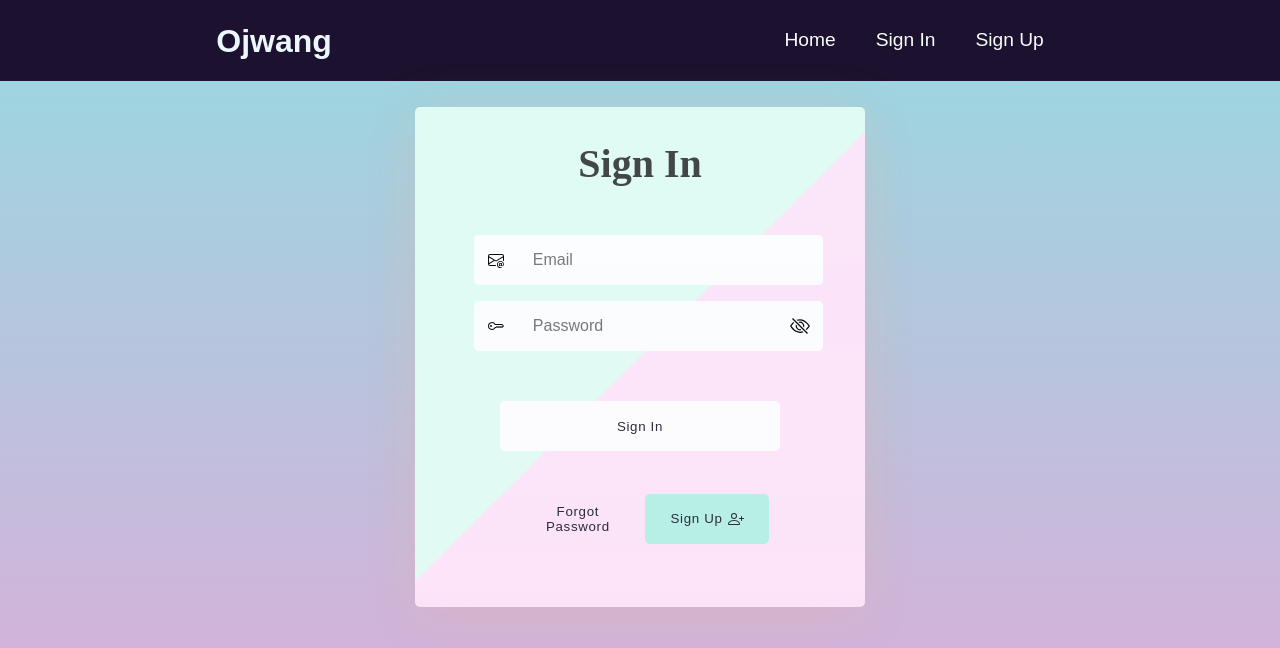
Repository: code-mtaani/ojwang-frontend
Page: /signin
The author's editor kept a copy of each file at every save. The page is drawn from the files as they stood at one save, then again after a run of saves.
The browser window is 1280 px wide. The pictures show the whole page.
The project was rebuilt for these pictures with package versions that can differ from the ones it lists, and the page was loaded fresh each time. Also part of the build but not shown: vite.config.ts, src/Pages/HomePage/Home.pages.tsx, src/Pages/SignUp/SignUp.pages.tsx.

Above is the page before, as saved 2023-02-01 14:35:18.

After the next 2 saves:
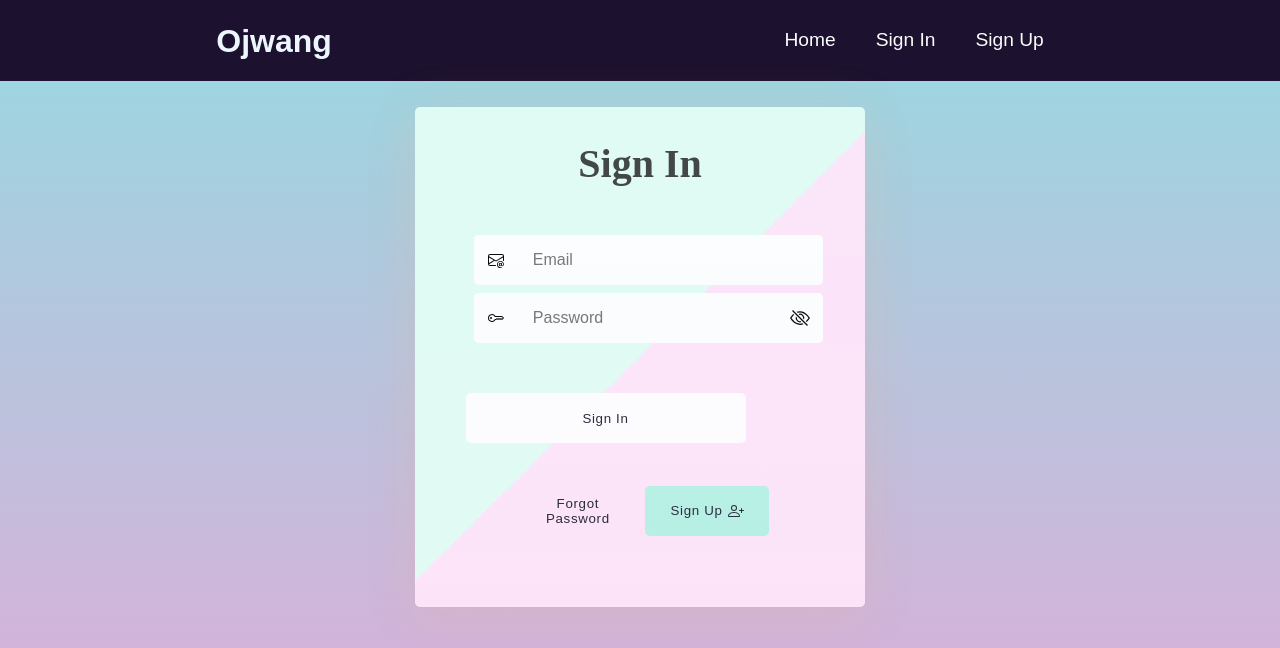
The 2 saves are shown as one change because they came seconds apart.
The last was saved 7 s later.
--- a/src/Pages/SignUp/Signup.css
+++ b/src/Pages/SignUp/Signup.css
@@ -98,6 +98,7 @@
   width: 3rem;
   border-radius: 0px 5px 5px 0px;
 }
+.tes
 .field-set {
     display: flex;
     flex-direction: column;

After the 4 saves that followed:
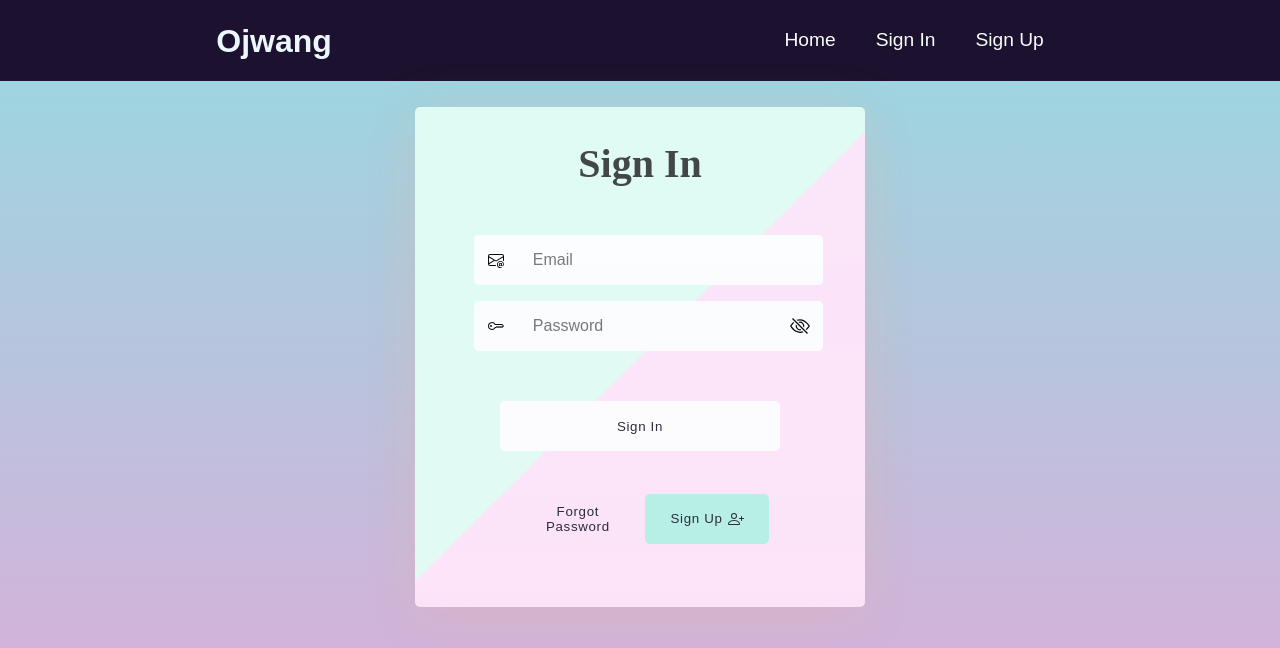
The 4 saves are shown as one change because they came seconds apart.
The last was saved 12 s later.
--- a/src/Pages/SignUp/Signup.css
+++ b/src/Pages/SignUp/Signup.css
@@ -98,7 +98,9 @@
   width: 3rem;
   border-radius: 0px 5px 5px 0px;
 }
-.tes
+.test .show svg{
+  cursor: pointer;
+}
 .field-set {
     display: flex;
     flex-direction: column;
